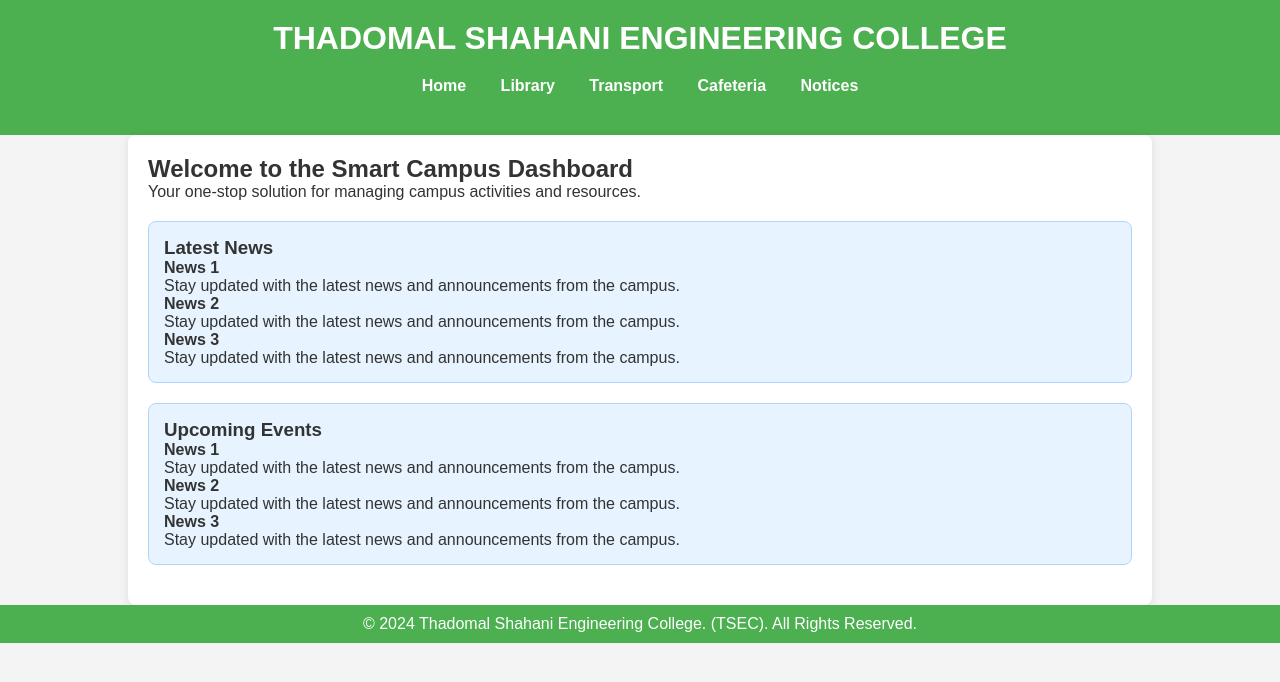
Repository: TejasS1233/MINITHON-hackathon-project
Page: Omar.html
The author's editor kept a copy of each file at every save. The page is drawn from the files as they stood at one save, then again after the next save.
The browser window is 1280 px wide. The pictures show the whole page.

Above is the page before, as saved 2024-09-20 09:02:55.

### Omar.html
<!DOCTYPE html>
<html lang="en">
<head>
    <meta charset="UTF-8">
    <meta name="viewport" content="width=device-width, initial-scale=1.0">
    <title>HOME | TSEC</title>
    <link rel="stylesheet" href="styles.css">
    <style>
        body {
            font-family: Arial, sans-serif;
            background-color: #f4f4f4;
            margin: 0;
            padding: 0;
        }
        header {
            background-color: #4CAF50;
            color: white;
            padding: 20px;
            text-align: center;
        }
        nav {
            margin: 20px 0;
        }
        nav a {
            margin: 0 15px;
            color: #ffffff;
            font-weight: bold;
            text-decoration: none;
        }
        .container {
            width: 80%;
            margin: auto;
            padding: 20px;
            background: white;
            border-radius: 8px;
            box-shadow: 0 2px 10px rgba(0, 0, 0, 0.1);
        }
        .card {
            background: #e7f3fe;
            border: 1px solid #b1d4fe;
            border-radius: 8px;
            margin: 20px 0;
            padding: 15px;
        }
        footer {
            text-align: center;
            padding: 10px 0;
            background-color: #4CAF50;
            color: white;
            position: relative;
            bottom: 0;
            width: 100%;
        }
    </style>
</head>
<body>

<header>
    <h1>THADOMAL SHAHANI ENGINEERING COLLEGE</h1>
    <nav>
        <a href="#">Home</a>
        <a href="#">Library</a>
        <a href="#">Transport</a>
        <a href="#">Cafeteria</a>
        <a href="#">Notices</a>
    </nav>
</header>

<div class="container">
    <h2>Welcome to the Smart Campus Dashboard</h2>
    <p>Your one-stop solution for managing campus activities and resources.</p>

    <div class="card">
        <h3>Latest News</h3>
        <h4>News 1</h4>
        <p>Stay updated with the latest news and announcements from the campus.</p>
        <h4>News 2</h4>
        <p>Stay updated with the latest news and announcements from the campus.</p>
        <h4>News 3</h4>
        <p>Stay updated with the latest news and announcements from the campus.</p>
    </div>

    <div class="card">
        <h3>Upcoming Events</h3>
        <h4>News 1</h4>
        <p>Stay updated with the latest news and announcements from the campus.</p>
        <h4>News 2</h4>
        <p>Stay updated with the latest news and announcements from the campus.</p>
        <h4>News 3</h4>
        <p>Stay updated with the latest news and announcements from the campus.</p>
    </div>

    </div>
</div>

<footer>
    <p>&copy; 2024 Thadomal Shahani Engineering College. (TSEC). All Rights Reserved.</p>
</footer>

</body>
</html>

### styles.css
* {
    margin: 0;
    padding: 0;
    box-sizing: border-box;
}

body {
    font-family: 'Arial', sans-serif;
    background-color: white;
    color: #333;
}


.announcement-heading {
    background-color: turquoise;
    color: white;
    padding: 20px 0;
    text-align: center;
    margin-bottom: 20px;
}

.announcement {
    background-color: rgb(220, 64, 7);
    padding: 20px;
    border-radius: 5px;
    box-shadow: 0 2px 10px rgba(0, 0, 0, 0.5);
    margin-bottom: 20px;
    margin-left: 20px;
}

.announcement h2 {
    font-size: 2em;
    margin-bottom: 15px;
}

.announcement p {
    margin-bottom: 10px;
    font-size: 1.1em;
}

.cta-button {
    display: inline-block;
    background-color: #4CAF50;
    color: white;
    padding: 10px 20px;
    text-decoration: none;
    border-radius: 5px;
    margin-top: 10px;
    font-weight: bold;
}

.cta-button:hover {
    background-color: #45a049;
}


footer {
    text-align: center;
    padding: 20px 0;
    background-color: #333;
    color: white;
    position: fixed;
    width: 100%;
    bottom: 0;
}

After the next save:
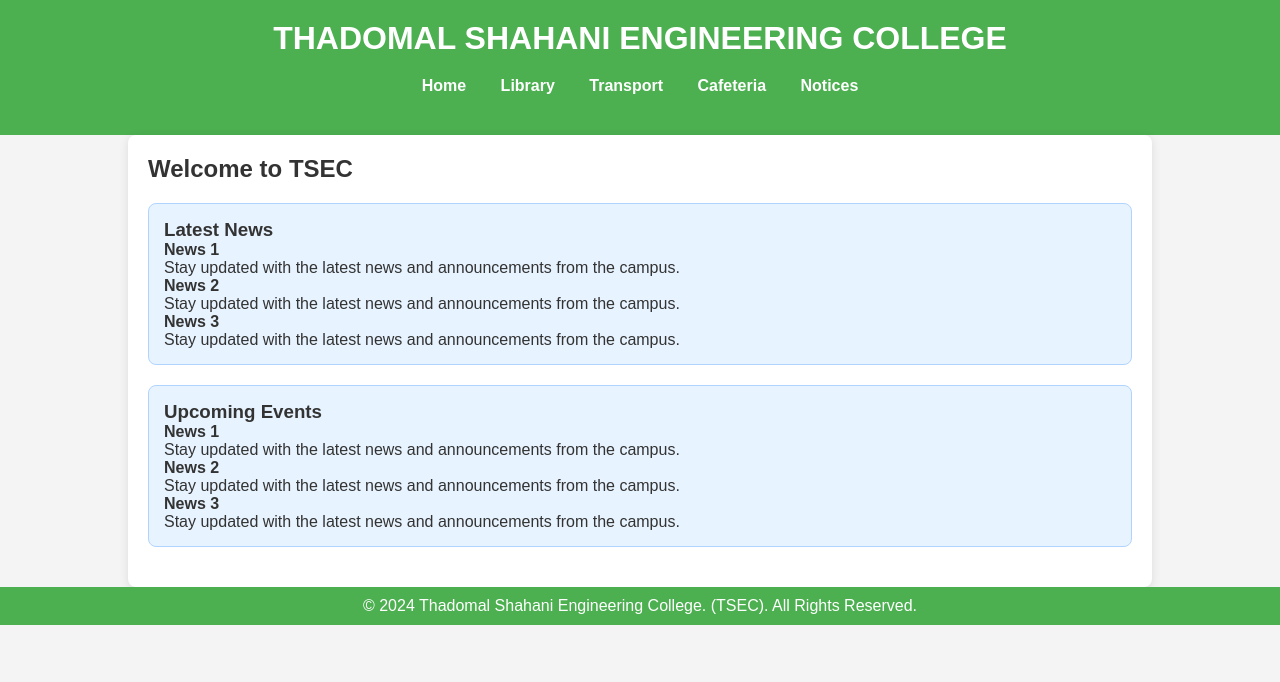
Saved 13 s later.
--- a/Omar.html
+++ b/Omar.html
@@ -67,8 +67,8 @@
 </header>
 
 <div class="container">
-    <h2>Welcome to the Smart Campus Dashboard</h2>
-    <p>Your one-stop solution for managing campus activities and resources.</p>
+    <h2>Welcome to TSEC</h2>
+    <p></p>
 
     <div class="card">
         <h3>Latest News</h3>
